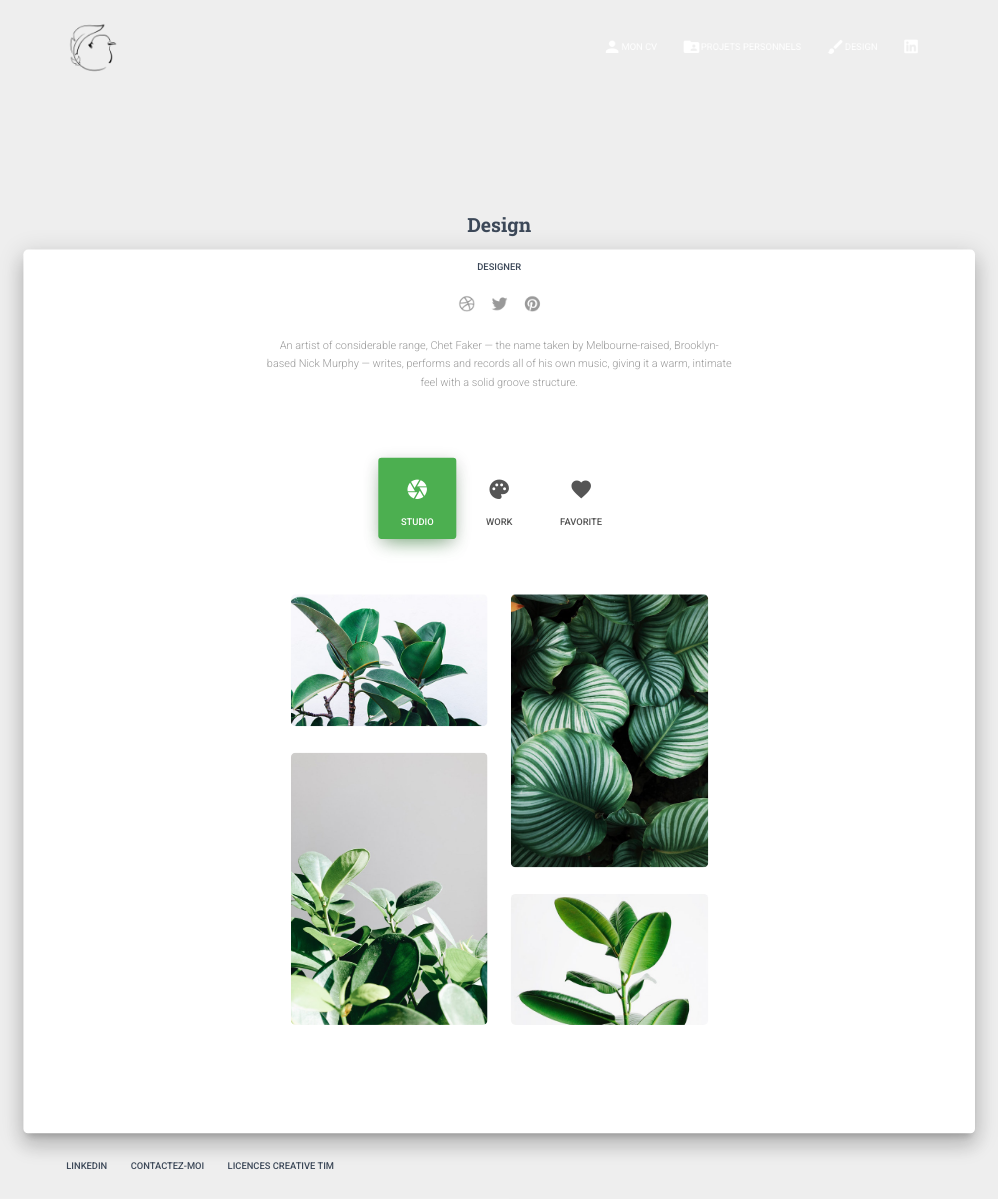
Repository: sdeschaepmeester/NewPortfolio
Page: /#/design
An editor plug-in stored every save of this project. The page is shown before and after the next save, followed by the edit.
The browser window is 1280 px wide. The pictures show the whole page, at 78% of full size.
Some web libraries are served in a nearby version. The project was rebuilt for these pictures with package versions that can differ from the ones it lists, and the page was loaded fresh each time. Also part of the build but not shown: vue.config.js, src/views/components/APropos.vue, src/views/components/NavigationSection.vue, src/views/components/SmallNavigationSection.vue, src/components/Dropdown.vue, src/components/Pagination.vue, src/components/Slider.vue, src/components/Badge.vue and 13 more.

Above is the page before, as saved 2022-07-08 13:19:52.

After the next save:
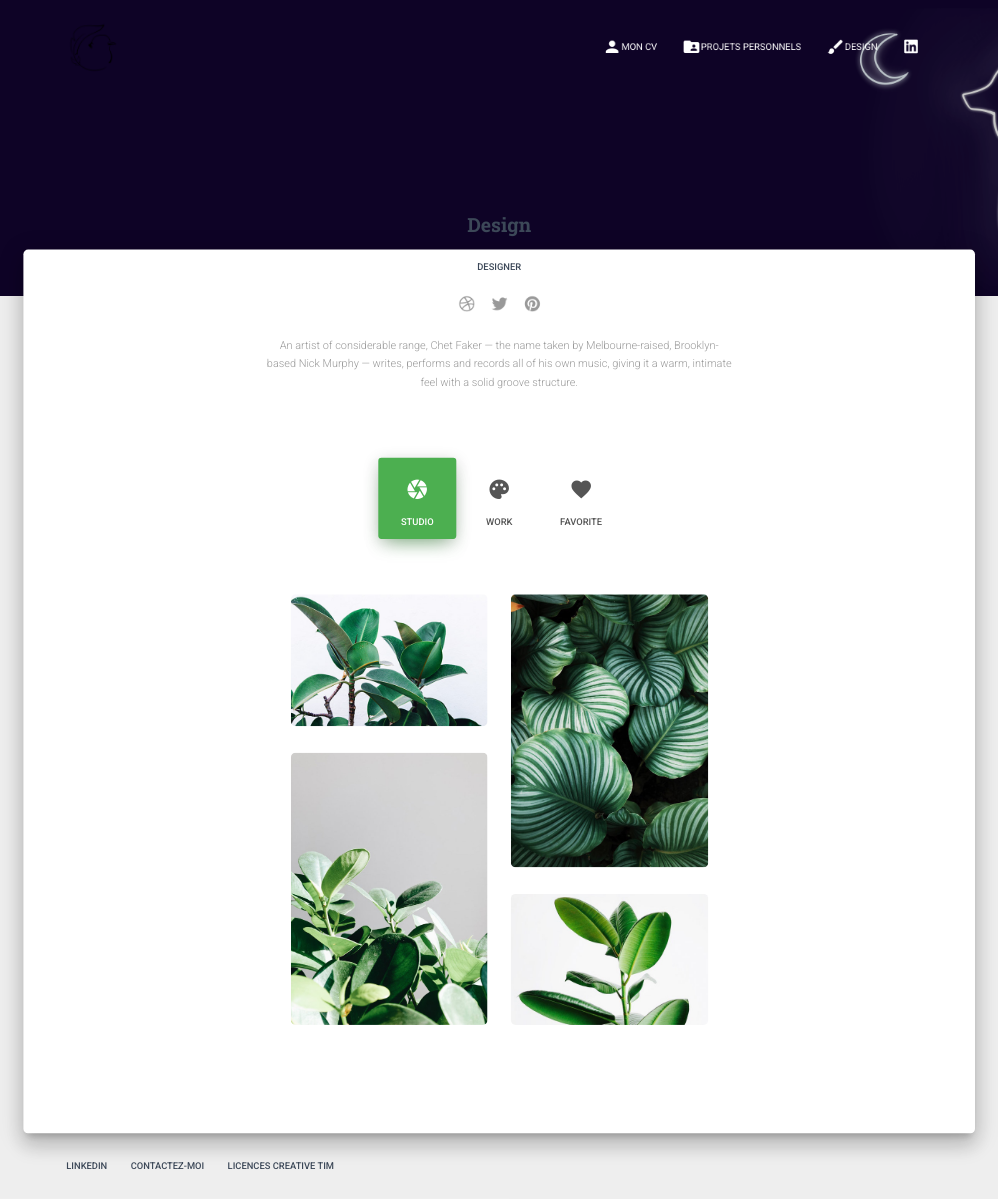
Saved 103 s later.
--- a/src/views/Design.vue
+++ b/src/views/Design.vue
@@ -1,7 +1,7 @@
 <template>
   <div class="wrapper">
     <parallax
-      class=" page-header"
+      class="section page-header header-filter"
       :style="headerStyle"
     ></parallax>
     <div class="main main-raised">
@@ -131,7 +131,7 @@ export default {
   props: {
     header: {
       type: String,
-      default: require("@/assets/img/city-profile.jpg")
+      default: require("@/assets/img/design.png")
     },
     img: {
       type: String,
@@ -141,6 +141,7 @@ export default {
   computed: {
     headerStyle() {
       return {
+        backgroundImage: `url(${this.header})`
       };
     }
   }
